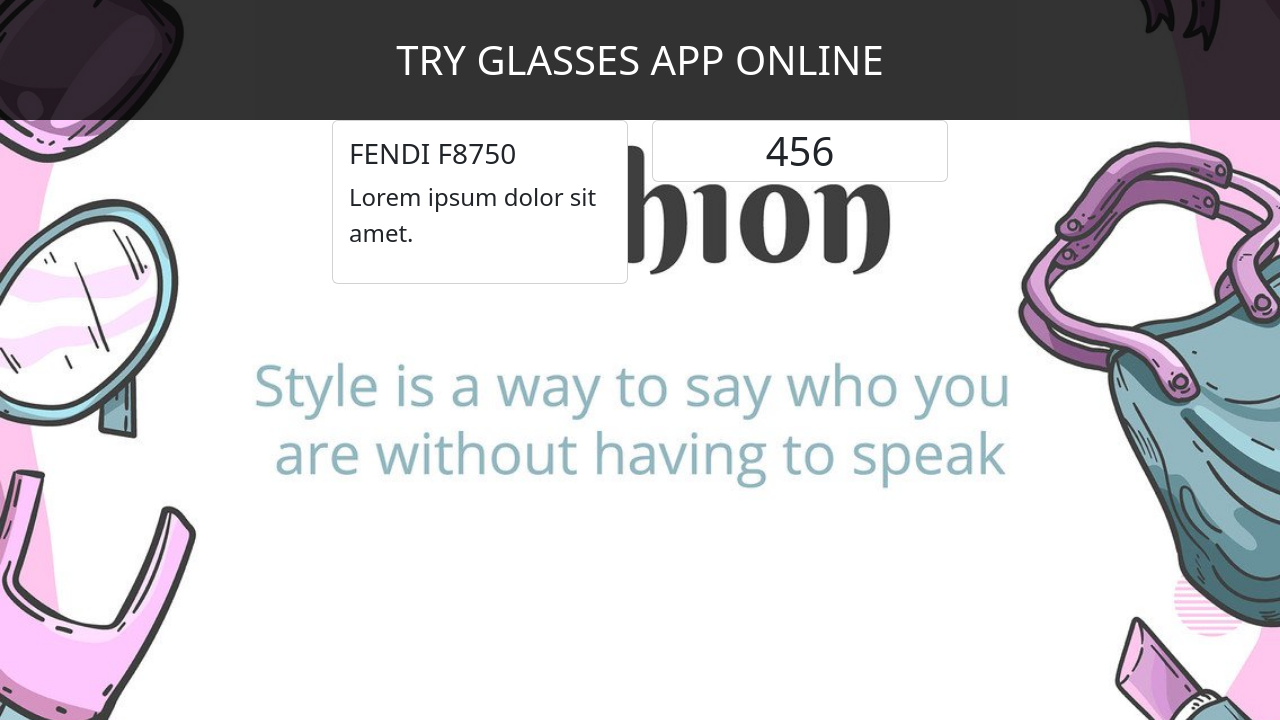
Repository: akira17518/React_JS_Glasses
Page: /
An editor plug-in stored every save of this project. The page is shown before and after the next save, followed by the edit.
The browser window is 1280 px wide. The pictures show the whole page.
The project was rebuilt for these pictures with package versions that can differ from the ones it lists, and the page was loaded fresh each time.

Above is the page before, as saved 2023-05-10 10:17:49.

After the next save:
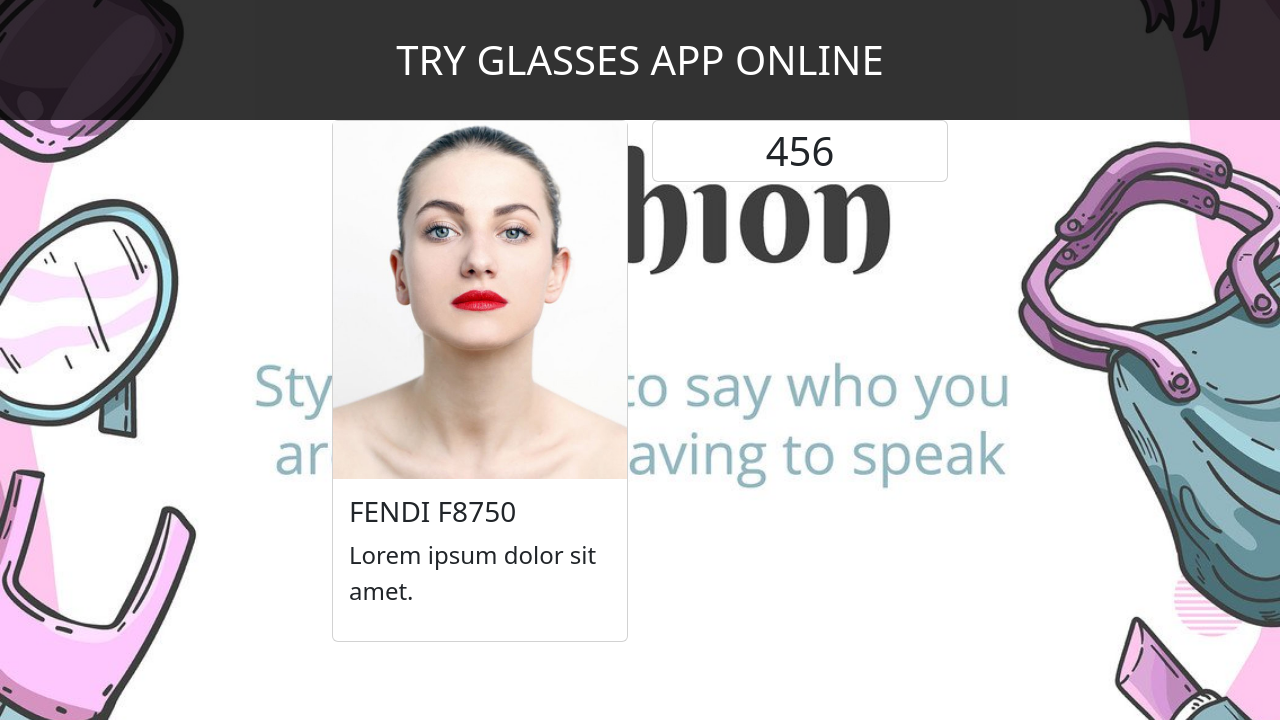
Saved 44 s later.
--- a/src/BTsetState/Content.jsx
+++ b/src/BTsetState/Content.jsx
@@ -8,7 +8,7 @@
           <div className="row">
             <div className="col-6">
               <div className='card-left card'>
-                <img src="" alt="" />
+                <img src="./img/model.jpg" alt="" />
                 <div className="card-body fs-4 text-start">
                   <h3>FENDI F8750</h3>
                   <p>Lorem ipsum dolor sit amet.</p>
